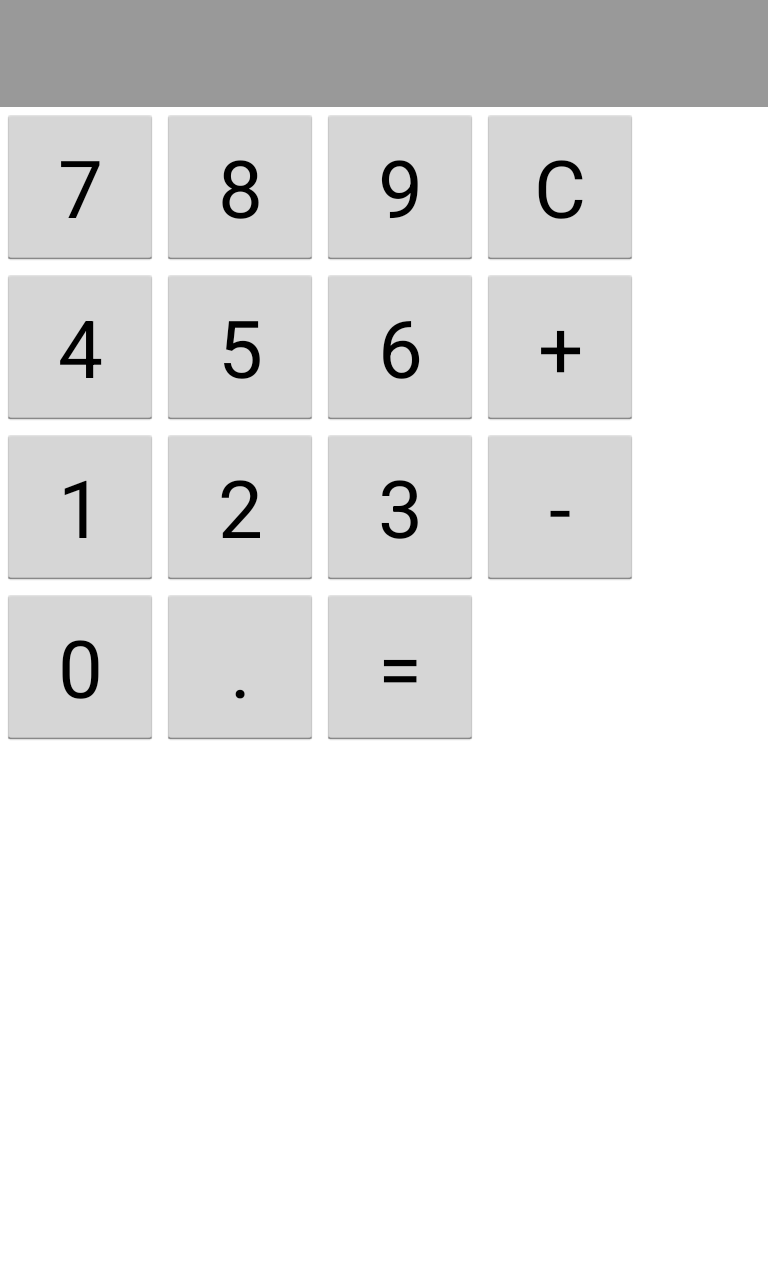
Repository: hirokuni/workspace_calc
Layout: Calculator/res/layout/activity_main.xml
These files come from the project's save history. The layout is drawn as it stood at one moment and after the next save; the edit follows.
It is drawn on a 768 x 1280 px phone screen (xhdpi) without system bars, with theme AppTheme; the app's code is not run.

Above is the layout before, as saved 2014-01-27 12:47:45.

### Calculator/res/layout/activity_main.xml
<LinearLayout xmlns:android="http://schemas.android.com/apk/res/android"
    android:orientation="vertical"
    android:layout_width="fill_parent"
    android:layout_height="fill_parent"
    >
 <TextView
 android:id="@+id/display"
     android:layout_width="fill_parent"
     android:layout_height="wrap_content"
     android:text=""
     android:textSize="40dip"
     android:textColor="#f39800"
     android:gravity="right"
     android:background="#999999"
    />
    <LinearLayout
     android:orientation="horizontal"
     android:layout_width="fill_parent"
     android:layout_height="wrap_content"
        >
 <Button
 android:id="@+id/button7"
 android:text="7"
 android:textSize="40dip"
 android:layout_width="80dip"
 android:layout_height="80dip">
 </Button>
 <Button
 android:id="@+id/button8"
 android:text="8"
 android:textSize="40dip"
 android:layout_width="80dip"
 android:layout_height="80dip">
 </Button>
 <Button
 android:id="@+id/button9"
 android:text="9"
 android:textSize="40dip"
 android:layout_width="80dip"
 android:layout_height="80dip">
 </Button>
 <Button
 android:id="@+id/buttonClear"
 android:text="C"
 android:textSize="40dip"
 android:layout_width="80dip"
 android:layout_height="80dip">
 </Button>
    </LinearLayout>
    <LinearLayout
     android:orientation="horizontal"
     android:layout_width="fill_parent"
     android:layout_height="wrap_content"
        >
 <Button
 android:id="@+id/button4"
 android:text="4"
 android:textSize="40dip"
 android:layout_width="80dip"
 android:layout_height="80dip">
 </Button>
 <Button
 android:id="@+id/button5"
 android:text="5"
 android:textSize="40dip"
 android:layout_width="80dip"
 android:layout_height="80dip">
 </Button>
 <Button
 android:id="@+id/button6"
 android:text="6"
 android:textSize="40dip"
 android:layout_width="80dip"
 android:layout_height="80dip">
 </Button>
 <Button
 android:id="@+id/buttonPlus"
 android:text="+"
 android:textSize="40dip"
 android:layout_width="80dip"
 android:layout_height="80dip">
 </Button>
    </LinearLayout>
     <LinearLayout
     android:orientation="horizontal"
     android:layout_width="fill_parent"
     android:layout_height="wrap_content"
        >
 <Button
 android:id="@+id/button1"
 android:text="1"
 android:textSize="40dip"
 android:layout_width="80dip"
 android:layout_height="80dip">
 </Button>
 <Button
 android:id="@+id/button2"
 android:text="2"
 android:textSize="40dip"
 android:layout_width="80dip"
 android:layout_height="80dip">
 </Button>
 <Button
 android:id="@+id/button3"
 android:text="3"
 android:textSize="40dip"
 android:layout_width="80dip"
 android:layout_height="80dip">
 </Button>
 <Button
 android:id="@+id/buttonMinus"
 android:text="-"
 android:textSize="40dip"
 android:layout_width="80dip"
 android:layout_height="80dip">
 </Button>
    </LinearLayout>
    <LinearLayout
     android:orientation="horizontal"
     android:layout_width="fill_parent"
     android:layout_height="wrap_content"
        >
 <Button
 android:id="@+id/button0"
 android:text="0"
 android:textSize="40dip"
 android:layout_width="80dip"
 android:layout_height="80dip">
 </Button>
 <Button
 android:id="@+id/buttonTen"
 android:text="."
 android:textSize="40dip"
 android:layout_width="80dip"
 android:layout_height="80dip">
 </Button>
 <Button
 android:id="@+id/buttonEqual"
 android:text="="
 android:textSize="40dip"
 android:layout_width="80dip"
 android:layout_height="80dip">
 </Button>
    </LinearLayout>

</LinearLayout>

Loaded but not shown: Calculator/res/values/styles.xml (common file); Calculator/res/values-v11/styles.xml (common file); Calculator/res/values-v14/styles.xml (common file)

After the next save:
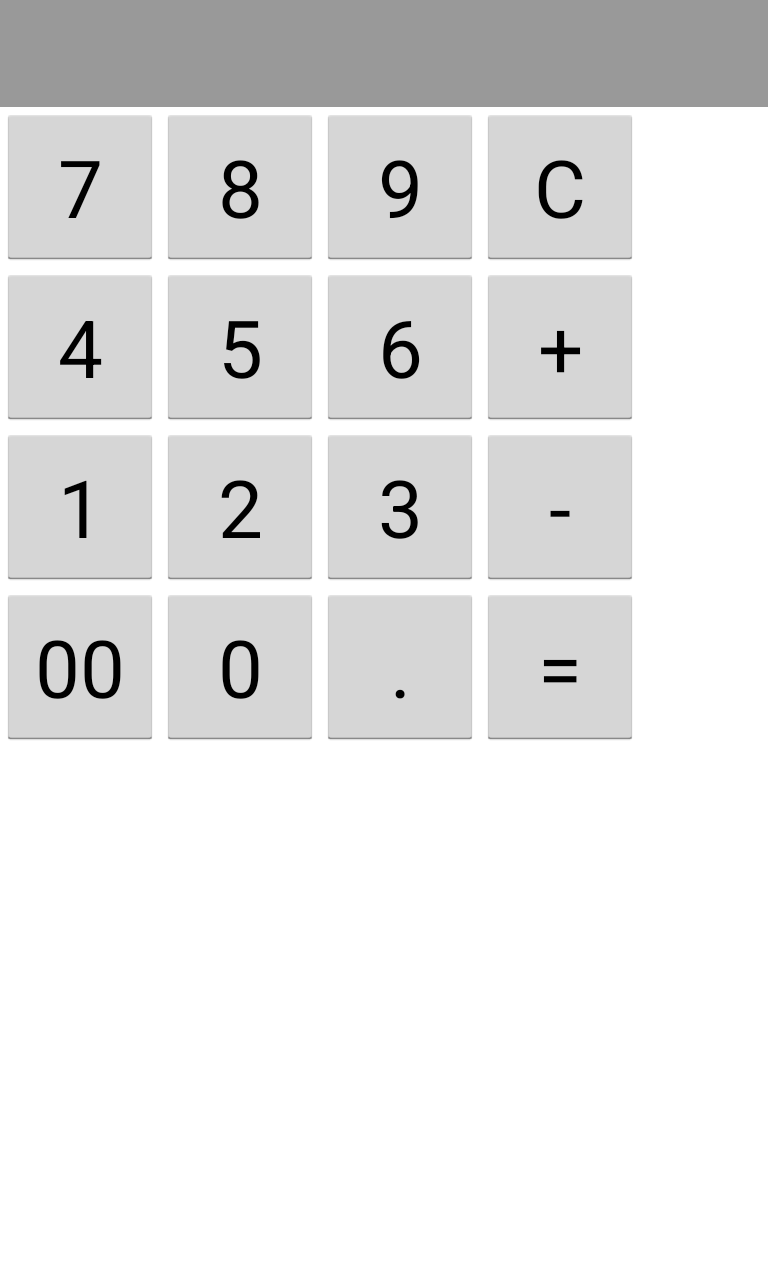
Saved 86 s later.
--- a/Calculator/res/layout/activity_main.xml
+++ b/Calculator/res/layout/activity_main.xml
@@ -120,6 +120,14 @@
      android:layout_width="fill_parent"
      android:layout_height="wrap_content"
         >
+
+        <Button
+            android:id="@+id/button00"
+            android:layout_width="80dip"
+            android:layout_height="80dip"
+            android:text="00"
+            android:textSize="40dip" />
+
  <Button
  android:id="@+id/button0"
  android:text="0"
@@ -127,6 +135,7 @@
  android:layout_width="80dip"
  android:layout_height="80dip">
  </Button>
+
  <Button
  android:id="@+id/buttonTen"
  android:text="."
@@ -134,13 +143,14 @@
  android:layout_width="80dip"
  android:layout_height="80dip">
  </Button>
+
  <Button
- android:id="@+id/buttonEqual"
- android:text="="
- android:textSize="40dip"
- android:layout_width="80dip"
- android:layout_height="80dip">
- </Button>
+     android:id="@+id/buttonEqual"
+     android:layout_width="80dip"
+     android:layout_height="80dip"
+     android:text="="
+     android:textSize="40dip" />
+
     </LinearLayout>
 
 </LinearLayout>
